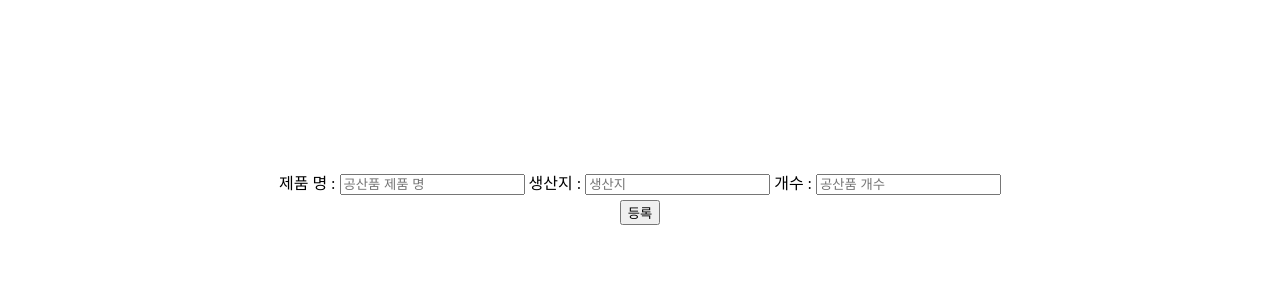
Repository: charmingjae/swproject
Page: http://localhost/board_project/product.jsp
An editor plug-in stored every save of this project. The page is shown before and after the next save, followed by the edit.
The browser window is 1280 px wide. The pictures show the whole page.
The page is served by Tomcat 9. Other server files are loaded and not shown.

Above is the page before, as saved 2019-09-17 17:24:12.

### board_project/board_project/WebContent/product.jsp
<%@ page language="java" contentType="text/html; charset=EUC-KR"
    pageEncoding="EUC-KR"%>
<%@ page import="java.sql.*" %>
<script language = "javascript">

function writeCheck()
{
	var form = document.writeform;

	if(!form.proname.value)
	{
		alert("제품 명을 선택하세요.");
		form.name.focus();
		return;
	}

	if(!form.proloc.value)
	{
		alert("생산지를 적어주세요.");
		form.proloc.focus();
		return;
	}
	if(!form.pronumber.value)
	{
		alert("개수를 입력하세요.");
		form.pronumber.focus();
		return;
	}
	form.submit();

}
</script>
<!DOCTYPE html PUBLIC "-//W3C//DTD HTML 4.01 Transitional//EN" "http://www.w3.org/TR/html4/loose.dtd">
<html>
	<head>
 		<title> 공산품 관리 </title>
	</head>
 	<body>
 		<table>
			 <center>
				 <form name=writeform method=post action="write_ok.jsp">
				 			<br /><br /><br /><br /><br /><br /><br /><br /><br />
<!-- 				 			제품 명 : <input name="proname" placeholder="공산품 제품명"/>
				 			생산지 : 	<input name="proloc" placeholder="생산지" />
							개수 : 	<input name="pronumber" placeholder="공산품 개수"/> -->

							<!-- 제품 명 : <select name="proname" size="1">
										<option value="" selected disabled hidden> 제품 명을 선택하세요.</option>
										<option value="AIR JORDAN 1">AIR JORDAN 1</option>
										<option value="YEEZY BOOST">YEEZY BOOST</option>
									</select>
									</select> -->

							제품 명 : <input autocomplete=off list="product" name="proname" placeholder="공산품 제품 명">
									<datalist id="product">
										<optgroup label="NIKE">
											<option value="AIR JORDAN1">AIR JORDAN1</option>
										</optgroup>

										<optgroup label="ADIDAS">
											<option value="YEEZY BOOST">YEEZY BOOST</option>
										</optgroup>

									</datalist>
							생산지 : 	<input autocomplete=off name="proloc" placeholder="생산지" />
							개수 : 	<input autocomplete=off name="pronumber" placeholder="공산품 개수"/>

				 </form>
			 </center>
		</table>

		<table width="100%" cellpadding="0" cellspacing="0" border="0">
  		<tr>
  			<td colspan="4" height="5"></td>
  		</tr>
  		<tr align="center">
   			<td>
   				<input type=button value="등록" OnClick = "javascript:writeCheck();">
   			</td>
  		</tr>
		</table>
	</body>
</html>

After the next save:
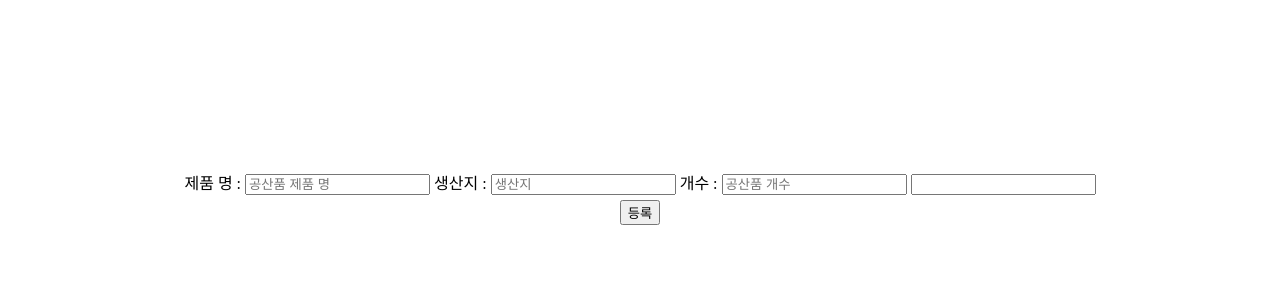
Saved 88 s later.
--- a/board_project/board_project/WebContent/product.jsp
+++ b/board_project/board_project/WebContent/product.jsp
@@ -65,6 +65,23 @@
 							생산지 : 	<input autocomplete=off name="proloc" placeholder="생산지" />
 							개수 : 	<input autocomplete=off name="pronumber" placeholder="공산품 개수"/>
 
+							<input list="browsers" name="browser">
+<datalist id="browsers">
+  <option value="Internet Explorer">
+  <option value="Firefox">
+  <option value="Chrome">
+  <option value="Opera">
+  <option value="Safari">
+  <optgroup label="Swedish Cars">
+    <option value="volvo">Volvo</option>
+    <option value="saab">Saab</option>
+  </optgroup>
+  <optgroup label="German Cars">
+    <option value="mercedes">Mercedes</option>
+    <option value="audi">Audi</option>
+  </optgroup>
+</datalist>
+
 				 </form>
 			 </center>
 		</table>

After the save that followed:
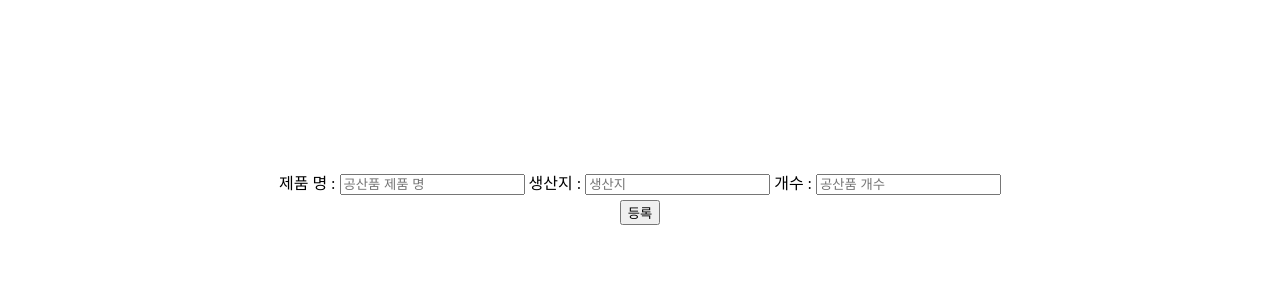
Saved 52 s later.
--- a/board_project/board_project/WebContent/product.jsp
+++ b/board_project/board_project/WebContent/product.jsp
@@ -65,23 +65,6 @@
 							생산지 : 	<input autocomplete=off name="proloc" placeholder="생산지" />
 							개수 : 	<input autocomplete=off name="pronumber" placeholder="공산품 개수"/>
 
-							<input list="browsers" name="browser">
-<datalist id="browsers">
-  <option value="Internet Explorer">
-  <option value="Firefox">
-  <option value="Chrome">
-  <option value="Opera">
-  <option value="Safari">
-  <optgroup label="Swedish Cars">
-    <option value="volvo">Volvo</option>
-    <option value="saab">Saab</option>
-  </optgroup>
-  <optgroup label="German Cars">
-    <option value="mercedes">Mercedes</option>
-    <option value="audi">Audi</option>
-  </optgroup>
-</datalist>
-
 				 </form>
 			 </center>
 		</table>
